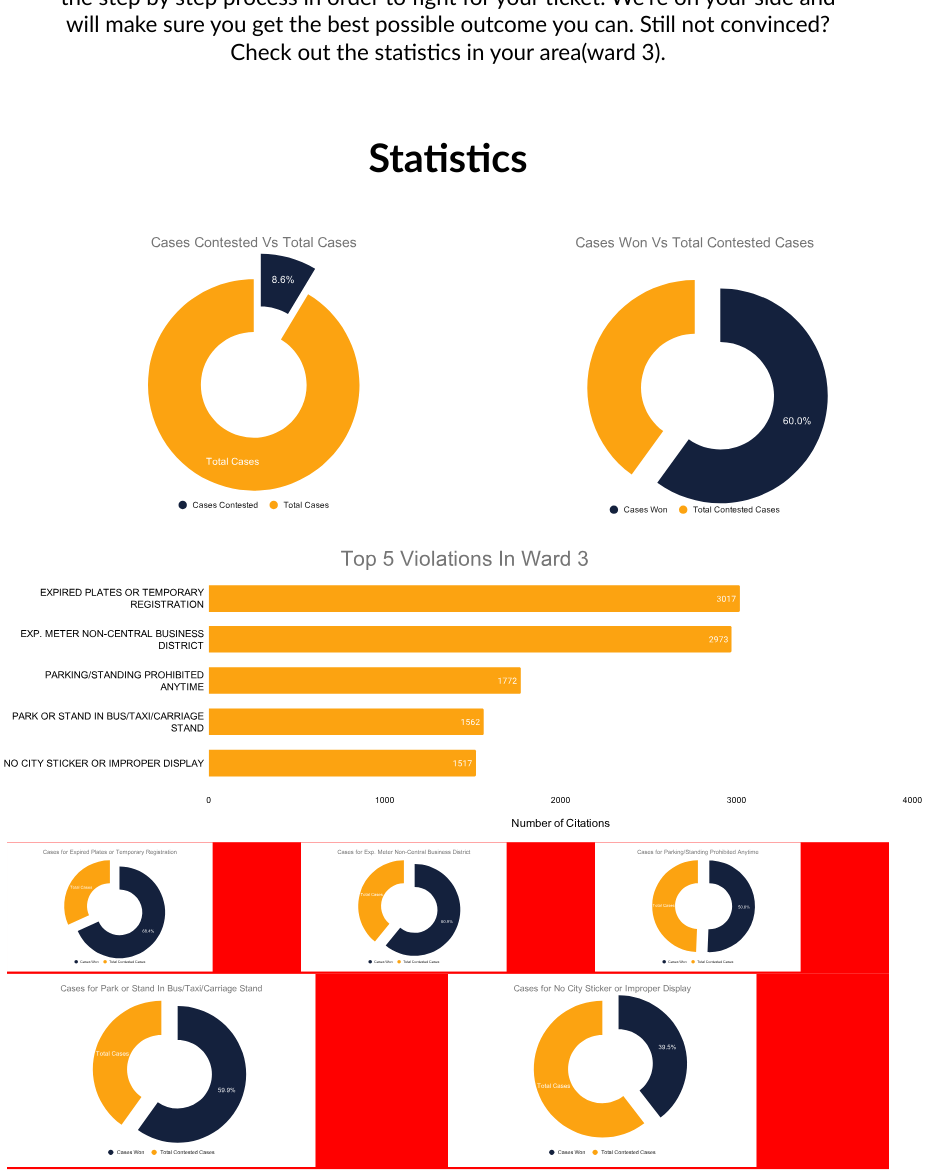
Repository: rdass1/COM421-FinalProject
Page: Website/index.html
An editor plug-in stored every save of this project. The page is shown before and after the next save, followed by the edit.
The browser window is 1280 px wide. The page is 1348 px wide, so the pictures cover 1348 px, including what lies to the right of the window. The pictures show the part of the page from y = 763 to 2603 px (the page is 2443 px tall before and 2603 px after), at 70% of full size.

Above is the page before, as saved 2021-05-12 05:09:11.
Console error: TypeError: Cannot read properties of undefined (reading 'style')

After the next save:
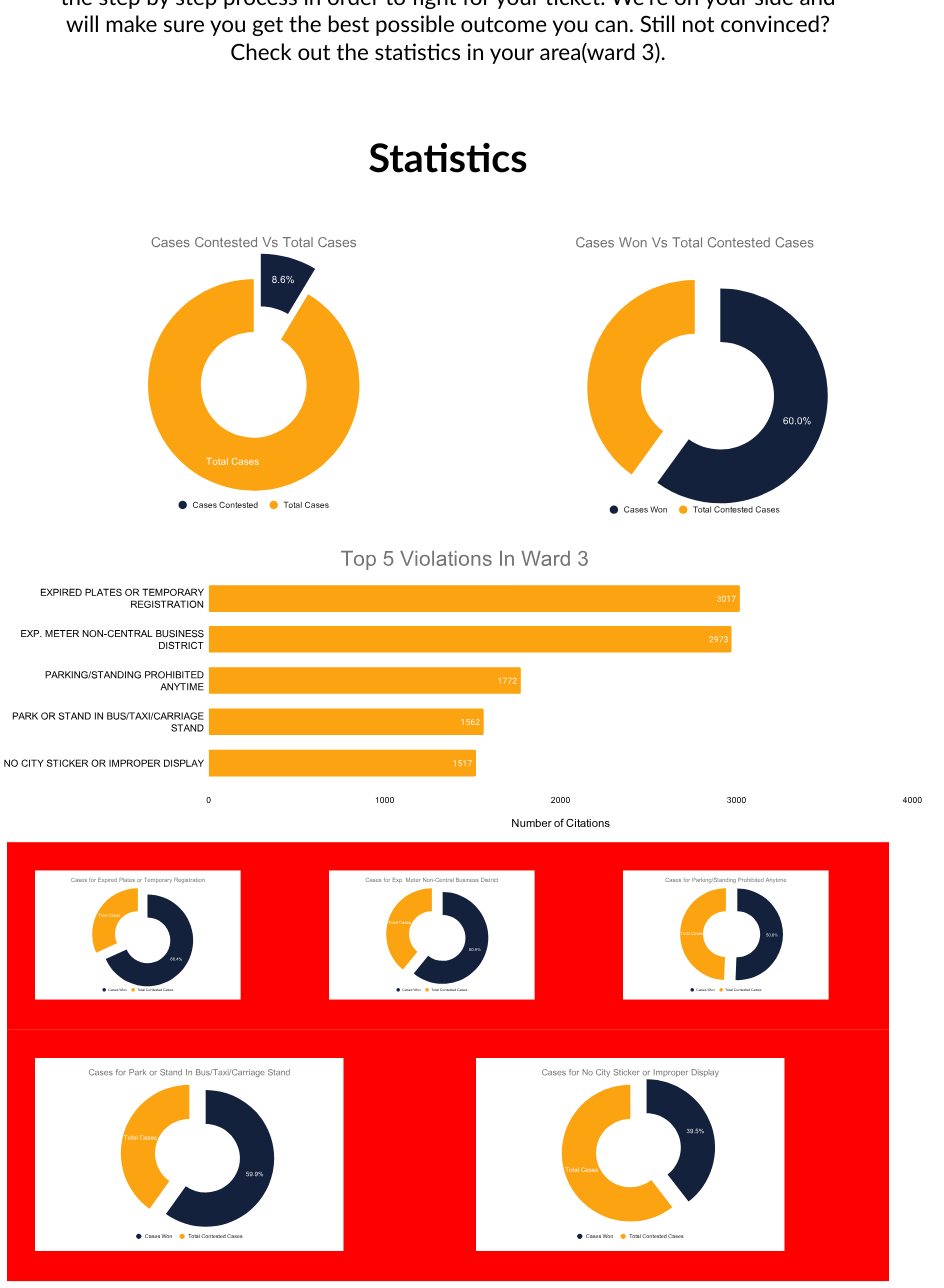
Saved 5 s later.
--- a/Website/css/index.css
+++ b/Website/css/index.css
@@ -186,5 +186,5 @@ html{
 .statistics-container-item-4-flex-container img{
     width: 70%;
     height: auto;
-
+    margin: 40px;
 }
